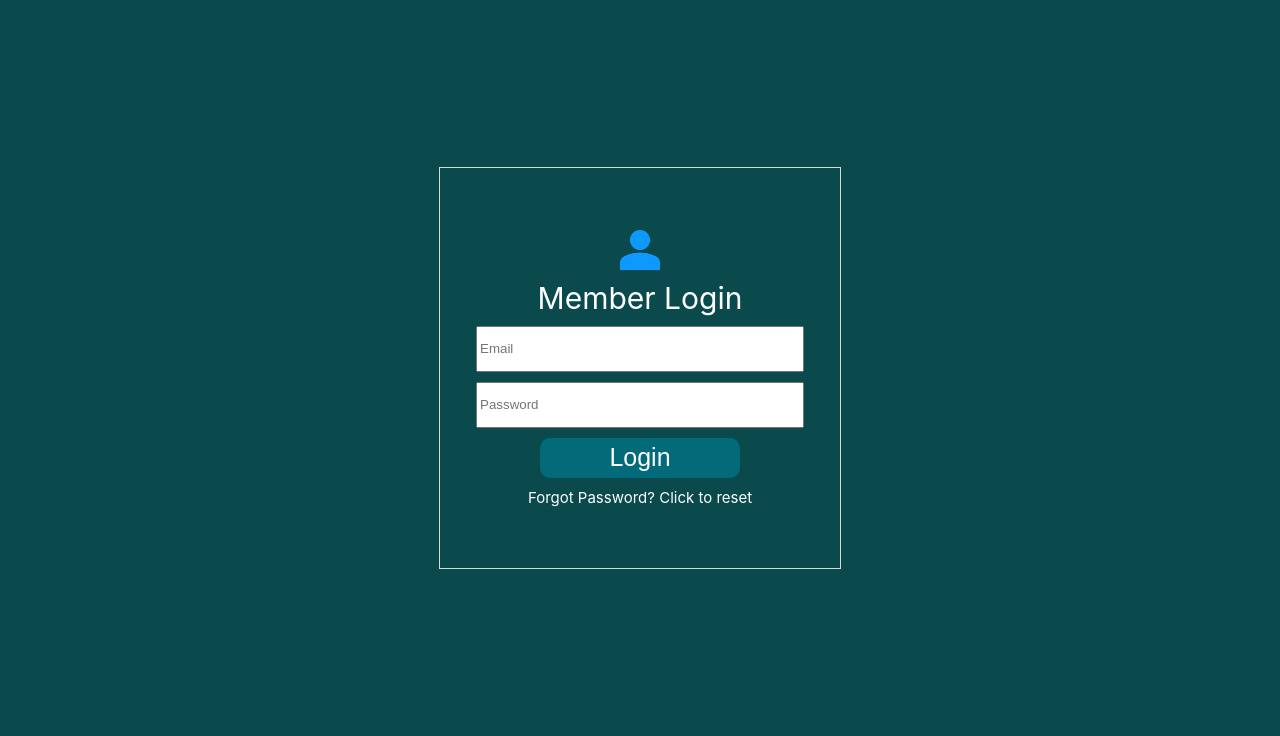
Repository: sheddy1/peter1
Page: work2.html
The author's editor kept a copy of each file at every save. The page is drawn from the files as they stood at one save, then again after the next save.
The browser window is 1280 px wide. The pictures show the whole page.

Above is the page before, as saved 2025-11-08 15:57:14.

### work2.html
<!DOCTYPE html>
<html lang="en">
<head>
    <meta charset="UTF-8">
    <meta name="viewport" content="width=device-width, initial-scale=1.0">
    <title>peters work1</title>
    <link rel="stylesheet" href="work2.css">
    <style>

    </style>
</head>
<body>
    <div class="login-box">
        <img src="Vector.png" alt="" class="vector">

        <text class="mem">Member Login</text>

        <input type="text" class="text1" placeholder="Email">

        <input type="password" class="text1" placeholder="Password">

        <button class="btn1">Login</button>

        <text1>Forgot Password? Click to reset</text1>
    </div>
</body>
</html>

### work2.css
body {
    background-color: #0A494C;
    display: flex;
    justify-content: center;
    align-items: center;
    min-height: 100vh;
    font-family: inter;
}

.login-box {
    border: 1px solid #D9D9D9;
    width: 400px;
    height: 400px;
    display: flex;
    justify-content: center;
    align-items: center;
    flex-direction: column;
    gap: 10px;
}

.vector{
    height: 40px;
    width: 40px;
}

.mem{
    color: #FFFFFF;
    font-family: inter;
    font-size: 30px;
    ;
}

.text1{
    width: 80%;
    height: 40px;
    color: #1E1E1E;
}

.btn1{
    background-color: #026A79;
    border: none;
    width: 50%;
    height: 40px;
    color: #FFFFFF;
    border-radius: 10px;
    font-size: 25px;
}

text1{
    color:#ffffff;
    font-size: 15px;
}

After the next save:
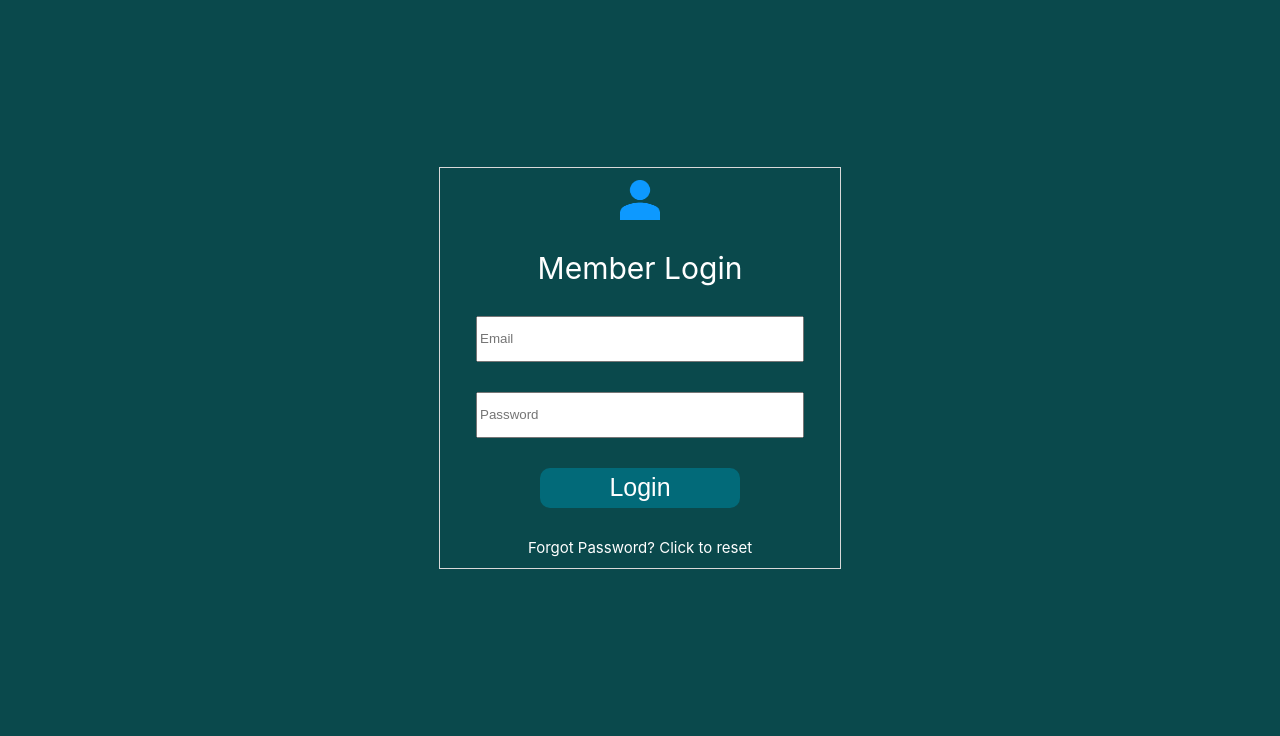
Saved 34 s later.
--- a/work2.css
+++ b/work2.css
@@ -15,7 +15,7 @@ body {
     justify-content: center;
     align-items: center;
     flex-direction: column;
-    gap: 10px;
+    gap: 30px;
 }
 
 .vector{
